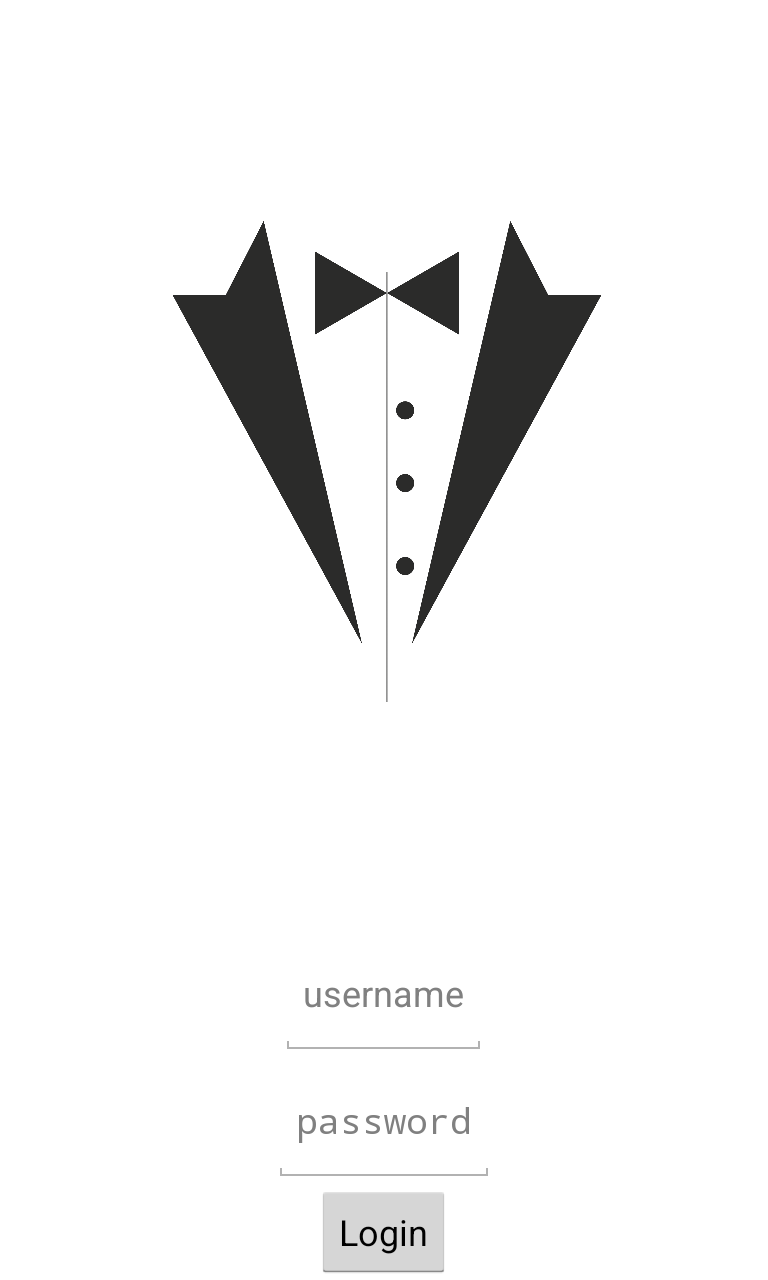
Repository: oszalex/SpryAndroid
Layout: android/Bro/res/layout/activity_main.xml
An editor plug-in stored every save of this project. The layout is shown before and after a run of saves, followed by the edit.
It is drawn on a 768 x 1280 px phone screen (xhdpi) without system bars, with theme AppTheme; the app's code is not run.

Above is the layout before, as saved 2014-01-21 16:28:24.

### android/Bro/res/layout/activity_main.xml
<LinearLayout xmlns:android="http://schemas.android.com/apk/res/android"
    xmlns:tools="http://schemas.android.com/tools"
    android:layout_width="match_parent"
    android:layout_height="match_parent"
    android:orientation="vertical" >

    <ImageView
        android:id="@+id/logo"
        android:layout_width="256dp"
        android:layout_height="256dp"
        android:layout_gravity="center_horizontal"
        android:layout_weight="3"
        android:contentDescription="@string/logo_description"
        android:src="@drawable/logo"
        />

    <EditText
        android:id="@+id/edit_username"
        android:layout_width="wrap_content"
        android:layout_height="0dp"
        android:layout_gravity="center_horizontal"
        android:layout_weight="1"
        android:layout_marginTop="20dp"
        android:hint="@string/edit_username"
        />

    <EditText
        android:id="@+id/edit_password"
        android:layout_width="wrap_content"
        android:layout_height="0dp"
        android:layout_gravity="center_horizontal"
        android:layout_weight="1"
        android:hint="@string/edit_password"
        android:inputType="textPassword"
        />

    <Button
        android:layout_width="wrap_content"
        android:layout_height="wrap_content"
        android:layout_gravity="center_horizontal"
        android:text="@string/button_login"
        />

</LinearLayout>

### android/Bro/res/values/strings.xml
<?xml version="1.0" encoding="utf-8"?>
<resources>

    <string name="app_name">Bro</string>
    <string name="action_settings">Settings</string>
    <string name="edit_username">username</string>
    <string name="edit_password">password</string>
    <string name="button_login">Login</string>
    <string name="logo_description">Bro-Logo</string>

</resources>

Loaded but not shown: android/Bro/res/values/styles.xml (common file); android/Bro/res/values-v11/styles.xml (common file); android/Bro/res/values-v14/styles.xml (common file)

After the next 2 saves:
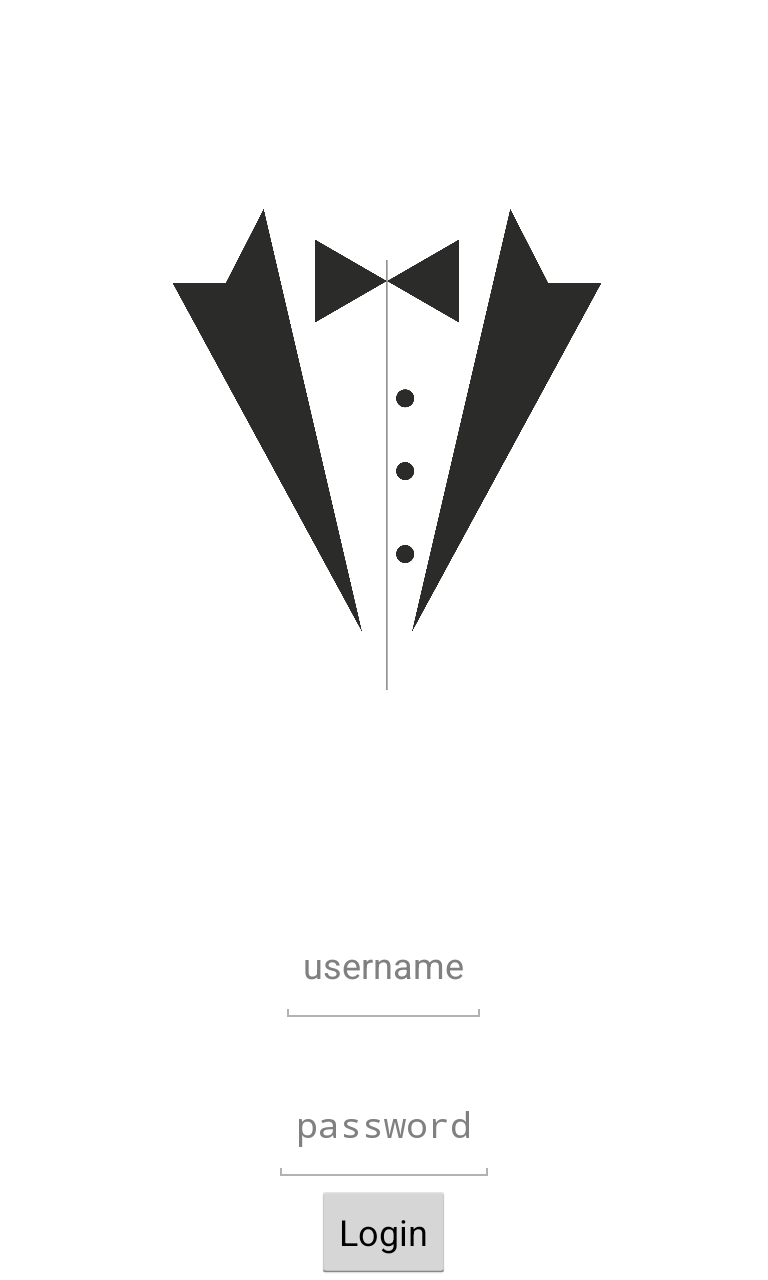
The 2 saves are shown as one change because they came seconds apart.
The last was saved 14 s later.
--- a/android/Bro/res/layout/activity_main.xml
+++ b/android/Bro/res/layout/activity_main.xml
@@ -11,34 +11,31 @@
         android:layout_gravity="center_horizontal"
         android:layout_weight="3"
         android:contentDescription="@string/logo_description"
-        android:src="@drawable/logo"
-        />
+        android:src="@drawable/logo" />
 
     <EditText
         android:id="@+id/edit_username"
         android:layout_width="wrap_content"
         android:layout_height="0dp"
         android:layout_gravity="center_horizontal"
+        android:layout_marginTop="20dp"
         android:layout_weight="1"
-        android:layout_marginTop="20dp"
-        android:hint="@string/edit_username"
-        />
+        android:hint="@string/edit_username" />
 
     <EditText
         android:id="@+id/edit_password"
         android:layout_width="wrap_content"
         android:layout_height="0dp"
         android:layout_gravity="center_horizontal"
+        android:layout_marginTop="20dp"
         android:layout_weight="1"
         android:hint="@string/edit_password"
-        android:inputType="textPassword"
-        />
+        android:inputType="textPassword" />
 
     <Button
         android:layout_width="wrap_content"
         android:layout_height="wrap_content"
         android:layout_gravity="center_horizontal"
-        android:text="@string/button_login"
-        />
+        android:text="@string/button_login" />
 
 </LinearLayout>

After the save that followed:
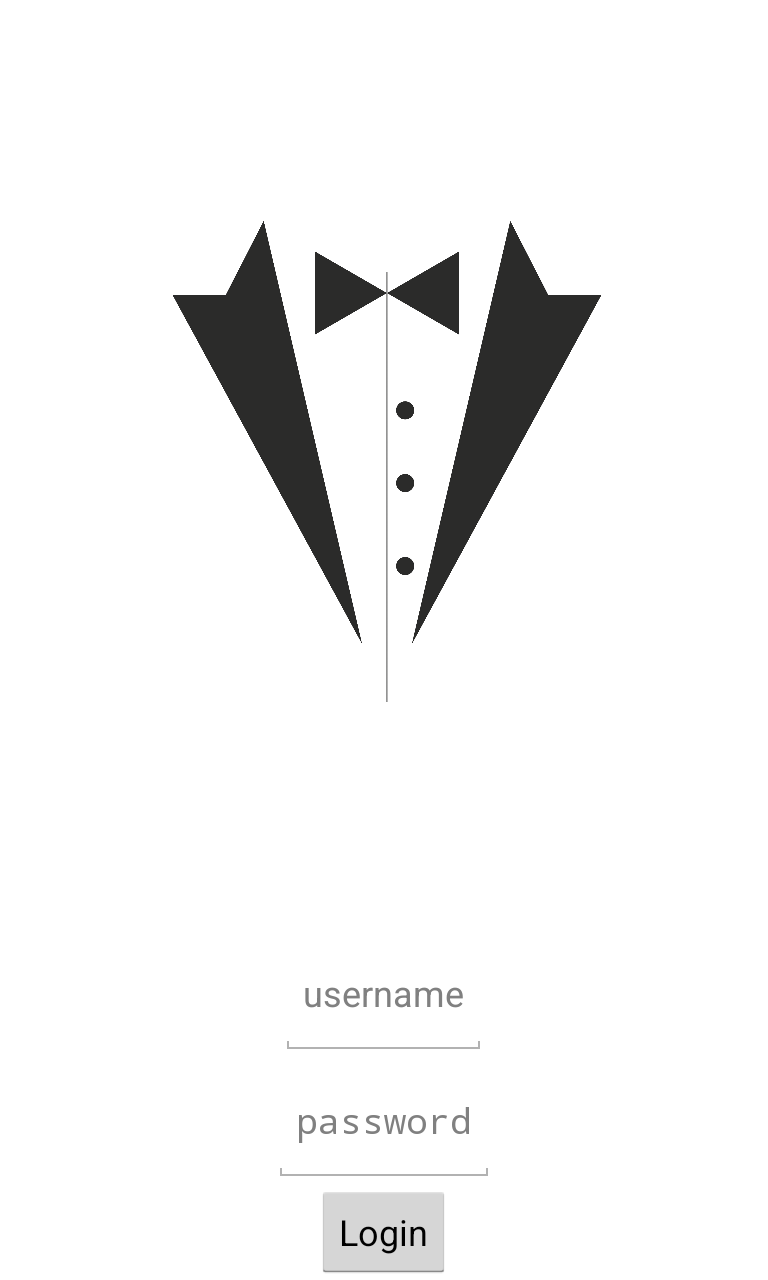
Saved 42 s later.
--- a/android/Bro/res/layout/activity_main.xml
+++ b/android/Bro/res/layout/activity_main.xml
@@ -27,7 +27,6 @@
         android:layout_width="wrap_content"
         android:layout_height="0dp"
         android:layout_gravity="center_horizontal"
-        android:layout_marginTop="20dp"
         android:layout_weight="1"
         android:hint="@string/edit_password"
         android:inputType="textPassword" />
